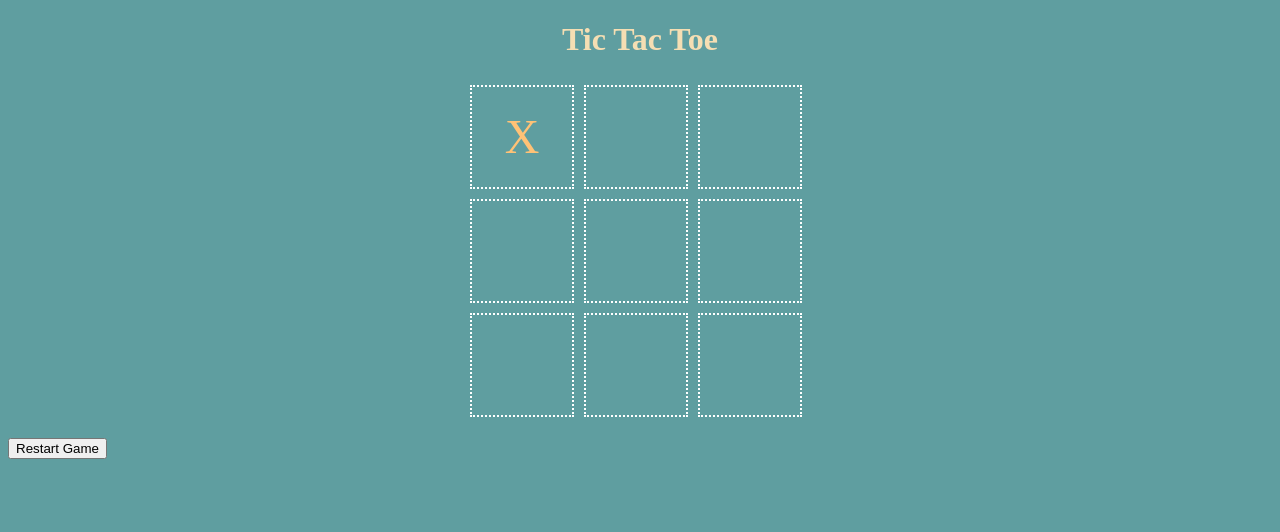
Repository: Hasmik-icml/Tic-Tac-Toe
Page: index.html
These files come from the project's save history. The page is drawn as it stood at one moment and after the next save; the edit follows.
The browser window is 1280 px wide. The pictures show the whole page.

Above is the page before, as saved 2022-02-02 21:59:02.

After the next save:
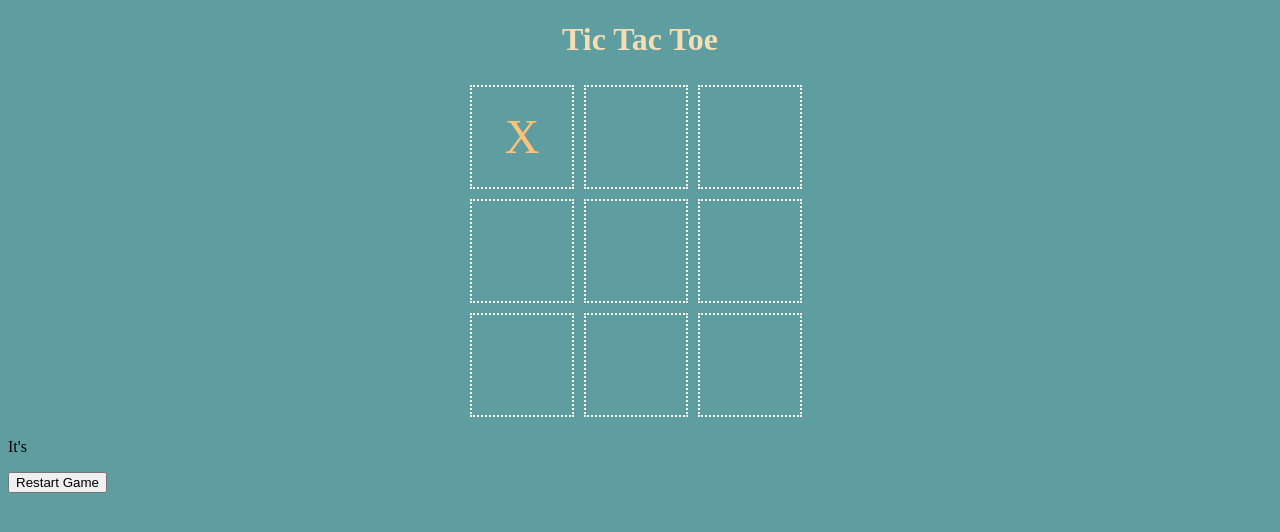
Saved 11 s later.
--- a/index.html
+++ b/index.html
@@ -20,7 +20,7 @@
     <div class="box"></div>
     <div class="box"></div>
   </div>
-  <p class="turn"></p>
+  <p class="turn">It's</p>
   <button class="restart">Restart Game</button>
   <script src="/index.js"></script>
 </body>
